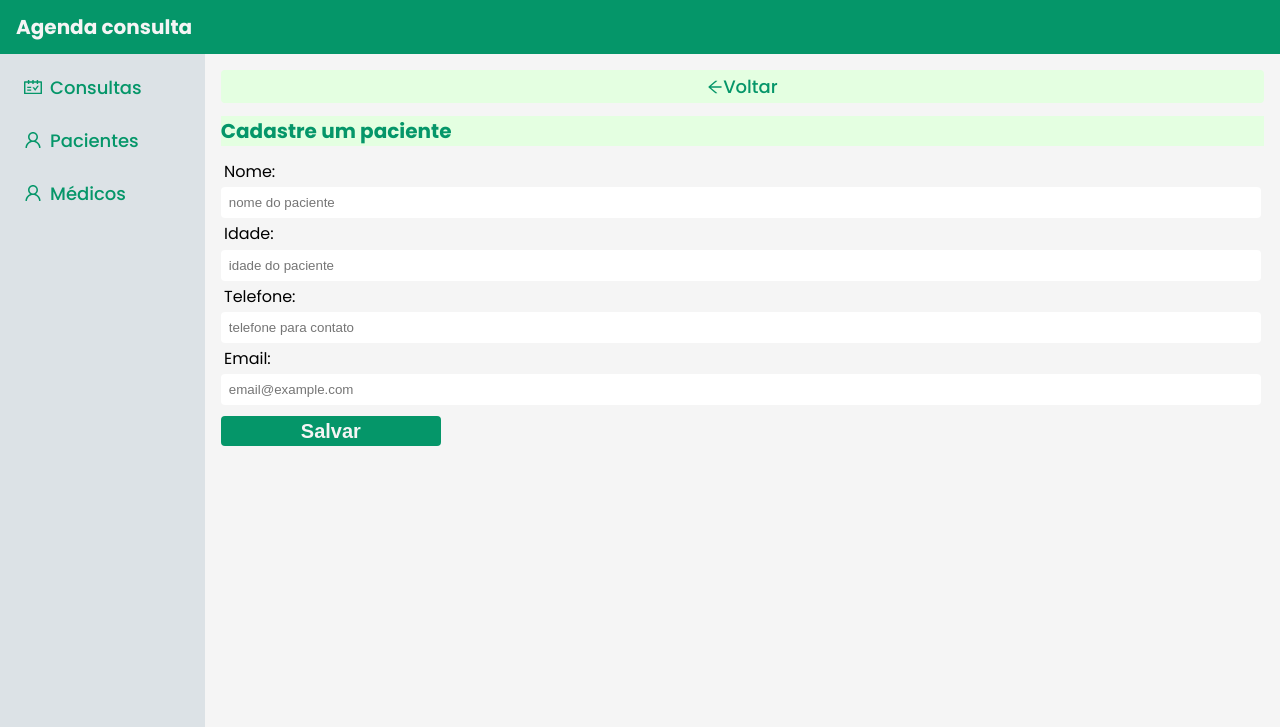
Repository: BarbaraCD/agendaconsulta
Page: /patients/new
An editor plug-in stored every save of this project. The page is shown before and after the next save, followed by the edit.
The browser window is 1280 px wide. The pictures show the whole page.
The project was rebuilt for these pictures with package versions that can differ from the ones it lists, and the page was loaded fresh each time. Also part of the build but not shown: vite.config.ts, src/services/appointment.services.ts, src/styles/Appointments.ts, src/services/doctor.services.ts, src/components/Calendar.tsx, src/styles/CreateContainer.ts, src/components/DoctorTable.tsx, src/components/PatientTable.tsx and 2 more.

Above is the page before, as saved 2023-08-29 16:25:34.

### index.html
<!DOCTYPE html>
<html lang="en">
  <head>
    <meta charset="UTF-8" />
    <link rel="icon" type="image/svg+xml" href="/vite.svg" />
    <meta name="viewport" content="width=device-width, initial-scale=1.0" />

    <link rel="preconnect" href="https://fonts.googleapis.com">
    <link rel="preconnect" href="https://fonts.gstatic.com" crossorigin>
    <link href="https://fonts.googleapis.com/css2?family=Poppins:wght@400;500;700&display=swap" rel="stylesheet">

    <title>Agendamento de Consulta</title>
  </head>
  <body>
    <div id="root"></div>
    <script type="module" src="/src/main.tsx"></script>
  </body>
</html>

### src/main.tsx
/* eslint-disable @typescript-eslint/no-non-null-assertion */
import React from 'react'
import ReactDOM from 'react-dom/client'
import { ThemeProvider } from 'styled-components'
import GlobalStyle, { Container, Content } from './styles/global'
import { theme } from './styles/Theme.ts'
import App from './App.tsx'
import { Routes } from './routes/index.tsx'
import { Header } from './components/Header.tsx'
import { BrowserRouter } from 'react-router-dom'

ReactDOM.createRoot(document.getElementById('root')!).render(
  <React.StrictMode>
    <ThemeProvider theme={theme}>
      <GlobalStyle />
      <BrowserRouter>
        <Header />
        <Container>
          <App />
          <Content>
            <Routes />
          </Content>
        </Container>
      </BrowserRouter>
    </ThemeProvider>
  </React.StrictMode>,
)

### src/styles/global.ts
import styled, { createGlobalStyle } from 'styled-components'

export default createGlobalStyle`
  *{
    margin: 0;
    padding: 0;
    box-sizing: border-box;

  }
  body{
    height: 100%;
    width: 100%;
    font-family: 'Poppins', sans-serif;
    background: ${(props) => props.theme.colors.white};
    font-size: ${(props) => props.theme.size.xl};
  }
`

export const Container = styled.div`
  display: flex;
`

export const SidebarGlobal = styled.div`
  width: 16%;
`

export const Content = styled.div`
  flex: 1;
  margin: 0 1rem;
`

### src/styles/Theme.ts
export const theme = {
  colors: {
    primary: '#059669',
    head: '#059669B3',
    100: '#E4FFE1',

    sbcolor: '#DCE2E6',
    gray: '#41414D',
    black: '#000',
    white: '#f5f5f5',
  },
  size: {
    sm: '14px',
    md: '16px',
    lg: '18px',
    xl: '20px',
    xxl: '24px',
  },
}

### src/App.tsx
import { SidebarGlobal } from './styles/global'
import { Sidebar } from './components/Sidebar'

export default function App() {
  return (
    <SidebarGlobal>
      <Sidebar />
    </SidebarGlobal>
  )
}

### src/routes/index.tsx
import { AppRoutes } from './app.routes'

export function Routes() {
  return (
    <>
      <AppRoutes />
    </>
  )
}

### src/components/Header.tsx
import { Link } from 'react-router-dom'
import { styled } from 'styled-components'

const ContainerHeader = styled.div`
  padding: 12px 16px;
  width: 100%;
  min-width: 200px;
  font-weight: 700;
  overflow: visible;
  background-color: ${(props) => props.theme.colors.primary};
`

const StyleLink = styled(Link)`
  text-decoration: none;
  word-break: normal;
  display: block;
  align-items: center;
  justify-content: center;
  color: ${(props) => props.theme.colors.white};
`

export function Header() {
  return (
    <ContainerHeader>
      <StyleLink to="/">Agenda consulta</StyleLink>
    </ContainerHeader>
  )
}

### src/components/Sidebar.tsx
import { ScheduleOutlined, UserOutlined } from '@ant-design/icons'
import { StyledSidebar, StyledList } from '../styles/SidebarStyled'
import { Link } from 'react-router-dom'

export function Sidebar() {
  return (
    <StyledSidebar>
      <StyledList>
        <li>
          <ScheduleOutlined style={{ color: '#059669' }} />
          <Link to="/appointments/calendar">Consultas</Link>
        </li>
        <li>
          <UserOutlined style={{ color: '#059669' }} />
          <Link to="/patients/list">Pacientes</Link>
        </li>
        <li>
          <UserOutlined style={{ color: '#059669' }} />
          <Link to="/doctors/list">Médicos</Link>
        </li>
      </StyledList>
    </StyledSidebar>
  )
}

### src/routes/app.routes.tsx
import { Routes, Route } from 'react-router-dom'

import { App } from 'antd'
import { AppointmentsCalendar } from '../components/Calendar'
import { InputPatients } from '../components/InputPatient'
import { DoctorTable } from '../components/DoctorTable'
import { PatientTable } from '../components/PatientTable'
import { InputDoctors } from '../components/InputDoctors'
import { CreateAppointments } from '../components/Appointments'

export function AppRoutes() {
  return (
    <Routes>
      <Route path="/" element={<App />} />

      <Route path="/patients/new" element={<InputPatients />} />
      <Route path="/patients/:id/edit" element={<InputPatients />} />
      <Route path="/patients/list" element={<PatientTable />} />

      <Route path="/doctors/new" element={<InputDoctors />} />
      <Route path="/doctors/:id/edit" element={<InputDoctors />} />
      <Route path="/doctors/list" element={<DoctorTable />} />

      <Route path="/appointments/new" element={<CreateAppointments />} />
      <Route path="/appointments/:id/edit" element={<CreateAppointments />} />
      <Route path="/appointments/calendar" element={<AppointmentsCalendar />} />
    </Routes>
  )
}

### src/styles/SidebarStyled.ts
import styled from 'styled-components'

export const StyledSidebar = styled.div`
  display: flex;
  flex-direction: column;
  background-color: ${(props) => props.theme.colors.sbcolor};
  color: ${(props) => props.theme.colors.black};
  font-size: ${(props) => props.theme.size.lg};
  font-weight: 500;
  justify-content: flex-start;
  align-items: flex-start;
  overflow: auto;
  height: 93.5vh;
  min-height: 100%;
`

export const StyledList = styled.ul`
  list-style: none;
  padding: 0.5rem;

  li {
    cursor: pointer;
    padding: 1rem;
    line-height: 1.3rem;
  }

  a {
    text-decoration: none;
    color: ${(props) => props.theme.colors.primary};
    margin: 0.5rem;
    word-break: break-all;
  }
`

### src/components/InputPatient.tsx
/* eslint-disable react-hooks/exhaustive-deps */
import { z } from 'zod'
import { useForm } from 'react-hook-form'
import { zodResolver } from '@hookform/resolvers/zod'

import { useEffect, useState } from 'react'
import {
  FlexDiv,
  InputContainer,
  MessageError,
  MessageSaved,
  StyledInput,
  StyledValidation,
  SubmitButton,
  StyledLink,
} from '../styles/InputContainer'
import {
  createPatient,
  updatePatient,
  getPatientById,
} from '../services/patient.services'
import { useParams, useNavigate } from 'react-router-dom'
import { ArrowLeftOutlined } from '@ant-design/icons'

const patientSchema = z.object({
  name: z
    .string()
    .nonempty('O nome é obrigatório')
    .transform((name) => {
      return name
        .trim()
        .split(' ')
        .map((word) => {
          return word[0].toLocaleUpperCase().concat(word.substring(1))
        })
        .join(' ')
    }),
  age: z.coerce.number().min(12, 'Idade obrigatória').max(120),
  telephone: z
    .string()
    .min(11, 'Telefone é obrigatório')
    .max(11, 'Telefone deve conter 11 digitos'),
  email: z
    .string()
    .nonempty('O email é obrigatório')
    .email('Formato de email inválido')
    .toLowerCase(),
})

export type PatientSchemaType = z.infer<typeof patientSchema>

export function InputPatients() {
  const {
    reset,
    register,
    handleSubmit,
    formState: { errors, isSubmitting },
  } = useForm<PatientSchemaType>({
    resolver: zodResolver(patientSchema),
    defaultValues: {
      name: '',
      age: null || undefined,
      telephone: null || undefined,
      email: '',
    },
  })

  const navigate = useNavigate()
  const { id } = useParams()
  const [successMessage, setSuccessMessage] = useState<string | null>(null)
  const [errorMessage, setErrorMessage] = useState<string | null>(null)

  useEffect(() => {
    fetchPatients()
  }, [])

  async function fetchPatients() {
    if (!id) return
    try {
      const response = await getPatientById(Number(id))
      reset(response as unknown as PatientSchemaType)
    } catch (error) {
      console.error('Error fetching Patients:', error)
    }
  }

  async function createNewPatient(data: PatientSchemaType) {
    try {
      if (id) {
        await updatePatient(Number(id), data)
        navigate(-1)
      } else {
        await createPatient(data)
      }
      setSuccessMessage('Paciente salvo com sucesso!')
      setTimeout(() => {
        setSuccessMessage(null)
      }, 2000)
      reset()
    } catch (error) {
      setErrorMessage('Erro ao cadastrar/atualizar paciente.')
    }
  }

  return (
    <InputContainer>
      {successMessage && <MessageSaved>{successMessage}</MessageSaved>}
      {errorMessage && <MessageError>{errorMessage}</MessageError>}

      <StyledLink to="/patients/list">
        <ArrowLeftOutlined /> <p>Voltar</p>
      </StyledLink>

      <h3>Cadastre um paciente</h3>
      <form onSubmit={handleSubmit(createNewPatient)}>
        <div>
          <label htmlFor="name">Nome:</label>
          <StyledInput
            {...register('name')}
            type="text"
            name="name"
            id="name"
            placeholder="nome do paciente"
            autoComplete="off"
          />
          {errors.name && (
            <StyledValidation>{errors.name.message}</StyledValidation>
          )}
        </div>

        <div>
          <label htmlFor="age">Idade:</label>
          <StyledInput
            {...register('age')}
            type="number"
            name="age"
            id="age"
            maxLength={3}
            placeholder="idade do paciente"
            autoComplete="off"
          />
          {errors.age && (
            <StyledValidation>{errors.age.message}</StyledValidation>
          )}
        </div>

        <div>
          <label htmlFor="telephone">Telefone:</label>
          <StyledInput
            {...register('telephone')}
            type="number"
            name="telephone"
            id="telephone"
            placeholder="telefone para contato"
            autoComplete="off"
          />
          {errors.telephone && (
            <StyledValidation>{errors.telephone.message}</StyledValidation>
          )}
        </div>

        <div>
          <label htmlFor="email">Email:</label>
          <StyledInput
            {...register('email')}
            type="text"
            id="email"
            name="email"
            placeholder="email@example.com"
            autoComplete="off"
          />
          {errors.email && (
            <StyledValidation>{errors.email.message}</StyledValidation>
          )}
        </div>
        <SubmitButton type="submit" disabled={isSubmitting}>
          <p>Salvar</p>
        </SubmitButton>
      </form>
    </InputContainer>
  )
}

### src/styles/InputContainer.ts
import styled from 'styled-components'
import { Select } from 'antd'
import { Link } from 'react-router-dom'

export const InputContainer = styled.main`
  color: ${(props) => props.theme.colors.black};
  font-size: ${(props) => props.theme.size.md};
  padding: 0.5rem 0;

  div {
    margin: 0.2rem 0.2rem 0.2rem 0;
  }

  h3 {
    background-color: ${(props) => props.theme.colors[100]};
    color: ${(props) => props.theme.colors.primary};
    font-size: ${(props) => props.theme.size.xl};
    margin: 0.8rem 0;
  }

  label {
    display: flex;
    margin: 0.2rem;
  }

  p {
    font-size: ${(props) => props.theme.size.lg};
    font-weight: 400;
  }
`

export const StyledValidation = styled.span`
  size: ${(props) => props.theme.size.md};
  color: red;
`

export const ApFooter = styled.div`
  display: flex;
  align-items: center;
  justify-content: space-between;
  margin-bottom: 0.5rem;
`

export const StyledSelect = styled(Select)`
  width: 100%;
  border: none;
`

export const SubmitButton = styled.button`
  padding: 0.2rem 5rem;
  border: none;
  border-radius: 4px;
  overflow: hidden;
  cursor: pointer;
  margin: 0.5rem 0;
  background-color: ${(props) => props.theme.colors.primary};
  color: ${(props) => props.theme.colors.white};

  p {
    font-size: ${(props) => props.theme.size.xl};
    font-weight: 600;
    overflow: hidden;
  }

  &:hover {
    background-color: ${(props) => props.theme.colors.head};
  }
`

export const StyledLink = styled(Link)`
  text-decoration: none;
  color: ${(props) => props.theme.colors.primary};
  background-color: ${(props) => props.theme.colors[100]};
  font-weight: 600;
  border-radius: 4px;
  margin: 0.5rem 0;
  padding: 0.2rem 1rem;
  justify-content: center;
  align-items: center;
  display: flex;

  p {
    font-size: ${(props) => props.theme.size.lg};
    font-weight: 500;
    overflow: hidden;
  }

  &:hover {
    color: ${(props) => props.theme.colors.gray};
    background-color: ${(props) => props.theme.colors.sbcolor};
  }
`

export const MessageSaved = styled.p`
  justify-content: center;
  text-align: center;
  width: 30%;
  border-radius: 4px;
  margin: 0 35%;
  background-color: ${(props) => props.theme.colors[100]};
  color: ${(props) => props.theme.colors.primary};
  size: ${(props) => props.theme.size.lg};
`

export const MessageError = styled.p`
  background-color: lightpink;
  color: red;
  justify-content: center;
  text-align: center;
  width: 30%;
  border-radius: 4px;
  margin: 0 35%;
`

export const StyledInput = styled.input`
  width: 100%;
  padding: 0.5rem;
  border: none;
  border-radius: 4px;
  overflow: hidden;
`

export const PatSpan = styled.span`
  text-decoration: none;
  color: ${(props) => props.theme.colors.primary};
  background-color: ${(props) => props.theme.colors[100]};
  font-weight: 500;
  border-radius: 4px;
  margin-top: 1rem;
`
export const FlexDiv = styled.div`
  display: flex;
  justify-content: space-between;
  align-items: center;
`

### src/services/patient.services.ts
import { PatientSchemaType } from '../components/InputPatient'
import { PatientsProps } from '../components/PatientTable'
import { api } from './ApiConfig'

export async function getPatient(): Promise<PatientsProps[]> {
  try {
    const response = await api.get('/patient')
    return response.data
  } catch (error) {
    throw new Error('Erro ao obter dados dos pacientes:')
  }
}

export async function getPatientById(id: number): Promise<PatientsProps> {
  try {
    const response = await api.get(`/patient/${id}`)
    return response.data
  } catch (error) {
    throw new Error('Erro ao obter dados dos pacientes:')
  }
}

export async function createPatient(data: PatientSchemaType) {
  return api.post('/patient', data)
}

export async function updatePatient(id: number, data: PatientSchemaType) {
  try {
    const response = await api.put(`/patient/${id}`, data)
    return response.data
  } catch (error) {
    throw new Error('Erro ao obter dados dos pacientes:')
  }
}

export async function deletePatient(id: number) {
  return await api.delete(`/patient/${id}`)
}

Loaded but not shown: src/services/ApiConfig.ts (common file)

After the next save:
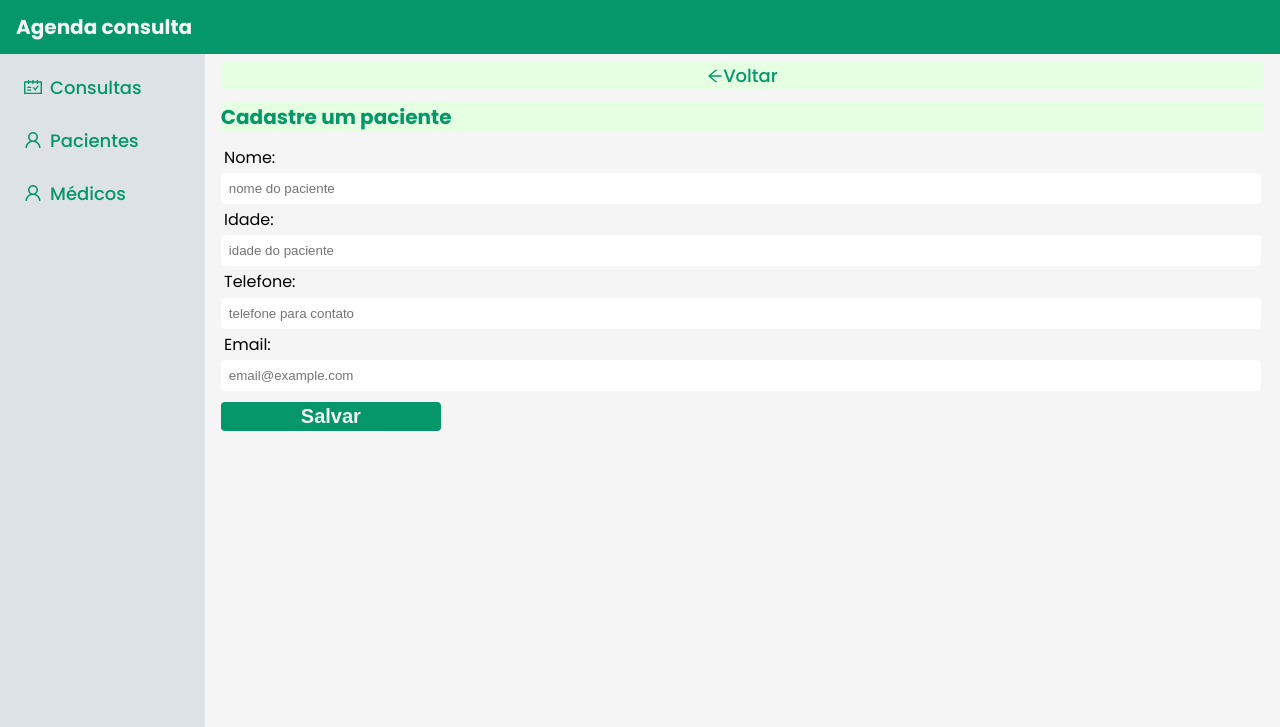
Saved 11 s later.
--- a/src/styles/InputContainer.ts
+++ b/src/styles/InputContainer.ts
@@ -73,8 +73,7 @@
   background-color: ${(props) => props.theme.colors[100]};
   font-weight: 600;
   border-radius: 4px;
-  margin: 0.5rem 0;
-  padding: 0.2rem 1rem;
+
   justify-content: center;
   align-items: center;
   display: flex;

After the save that followed:
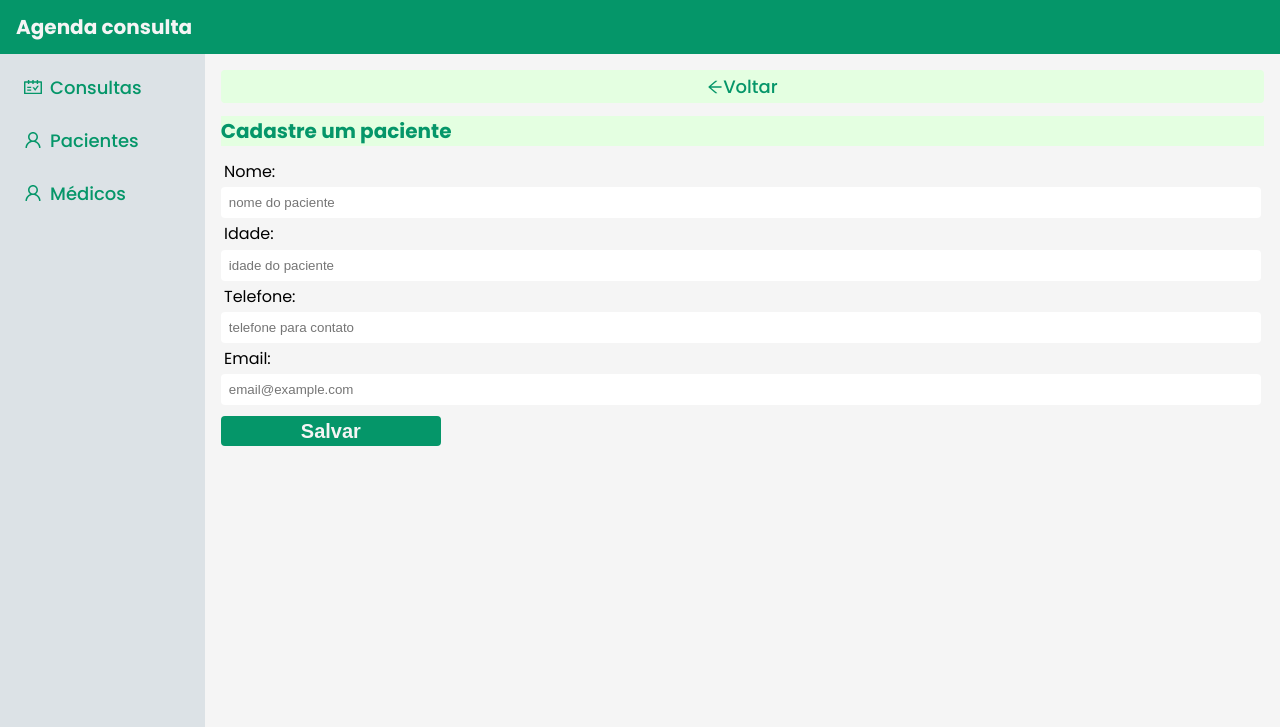
Saved 4 s later.
--- a/src/styles/InputContainer.ts
+++ b/src/styles/InputContainer.ts
@@ -73,7 +73,8 @@
   background-color: ${(props) => props.theme.colors[100]};
   font-weight: 600;
   border-radius: 4px;
-
+  margin: 0.5rem 0;
+  padding: 0.2rem 1rem;
   justify-content: center;
   align-items: center;
   display: flex;
